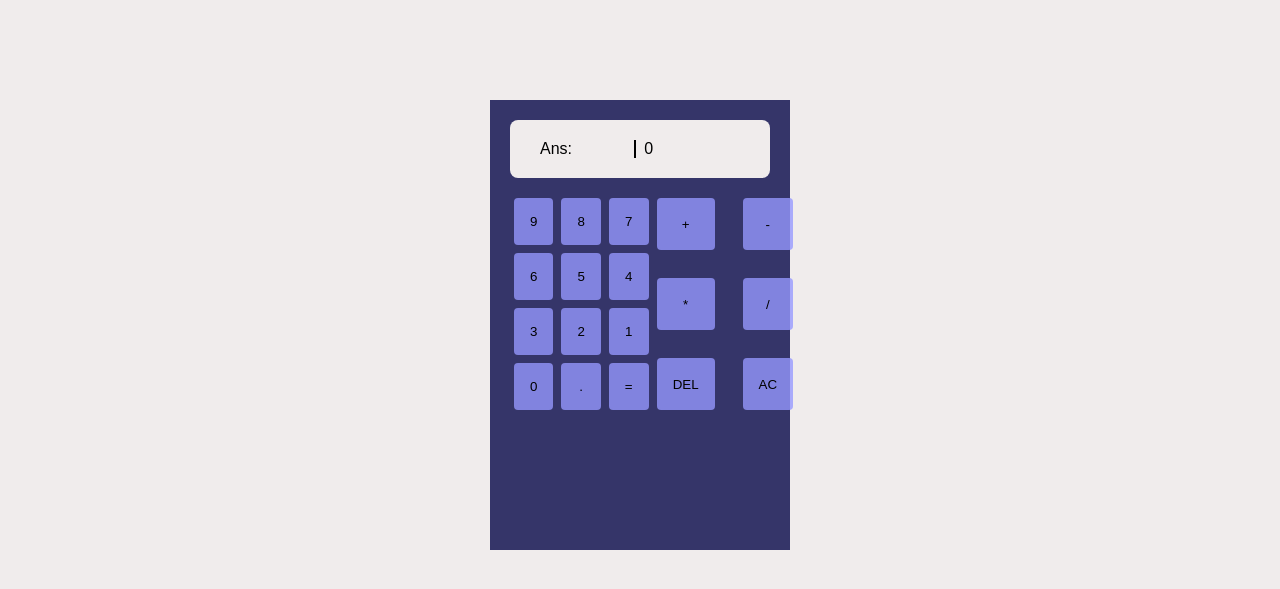
Repository: Bishek666/simple-calculator
Page: /
The author's editor kept a copy of each file at every save. The page is drawn from the files as they stood at one save, then again after the next save.
The browser window is 1280 px wide. The pictures show the whole page.
The project was rebuilt for these pictures with package versions that can differ from the ones it lists, and the page was loaded fresh each time.

Above is the page before, as saved 2021-10-26 17:05:57.

After the next save:
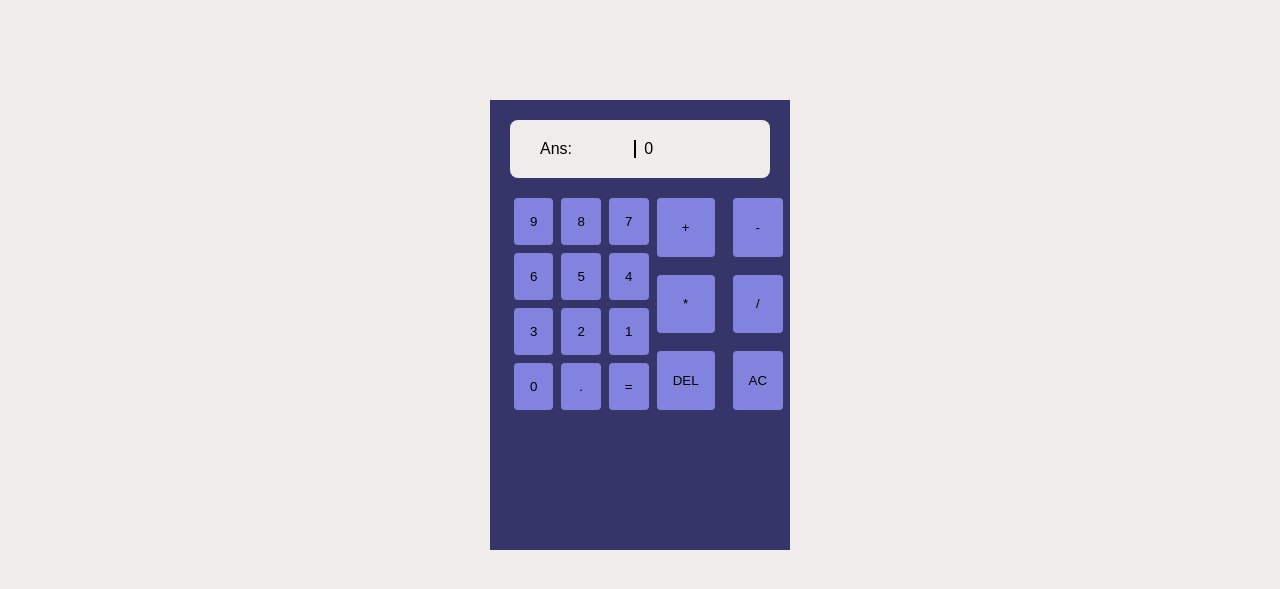
Saved 6 s later.
--- a/src/index.css
+++ b/src/index.css
@@ -73,5 +73,5 @@ button {
 .operators {
     display: grid;
     grid-template-columns: repeat(2, 1fr);
-    gap: 20px;
+    gap: 10px;
 }
